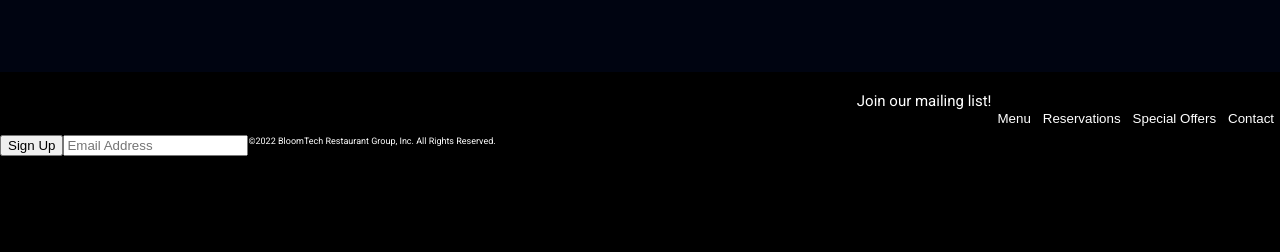
Repository: Kobramall/web-sprint-challenge-user-interface-responsive-design
Page: index.html
The author's editor kept a copy of each file at every save. The page is drawn from the files as they stood at one save, then again after the next save.
The browser window is 1280 px wide. The pictures show the part of the page from y = 2536 to 3332 px (the page is 2788 px tall before and 3332 px after).
A picture or video elsewhere on the page could not be fetched, so the positions and the page height are approximate. Some web libraries are served in a nearby version.

Above is the page before, as saved 2022-08-10 13:40:50.

### index.html
<!doctype html>

<html lang="en">

<head>
	<meta charset="utf-8">

	<title>Sprint Challenge - Home</title>
    <link rel="stylesheet" href="css/index.css">
	<link href="https://fonts.googleapis.com/css?family=Roboto|Rubik" rel="stylesheet">
	<script src="https://kit.fontawesome.com/5b12ffad4b.js" crossorigin="anonymous"></script>
</head>

<body>
	<script type="module" src="https://unpkg.com/ionicons@5.5.2/dist/ionicons/ionicons.esm.js"></script>
<script nomodule src="https://unpkg.com/ionicons@5.5.2/dist/ionicons/ionicons.js"></script>

	<div>
		<header>
			<div>
			  <h1 class="index.html">BLOOMTECH BAR AND GRILL</h1>
			  <nav>
				<a href="menu.html"><button>Menu</button></a>
				<a href="#about"><button>Reservations</button></a>
				<a href="#gallery"><button>Special Offers</button></a>
				<a href="#contact"><button>Contact</button></a>
			   </nav>
			   <nav class="socialMediaButtons">
				<a href="https://fontawesome.com/search?q=facebook&s=solid%2Cbrands"><button><ion-icon name="logo-facebook"></ion-icon></button></a>
				<a href="https://fontawesome.com/search?q=twitter&s=solid%2Cbrands"><button><ion-icon name="logo-twitter"></ion-icon></button></a>
				<a href="https://fontawesome.com/search?q=instagram&s=solid%2Cbrands"><button><ion-icon name="logo-instagram"></ion-icon></button></a>
			  </nav>
			</div>
		</header>

		<!-- gallery section -->
		<section class="gallery">
			<div>
				<h2>OUR FOOD</h2>
                <div class="row">
				  <img src="img/food-avocadotoast.jpg" alt="avocadotoast">

				   <img src="img/food-burger.jpg" alt="burger">

				   <img src="img/food-poutine.jpg" alt="Poutine">
				</div>
				<div class="row">
				   <img src="img/food-ribs.jpg" alt="Ribs">

				   <img src="img/food-sandwich.jpg" alt="sandwich">

				   <img src="img/food-sausage.jpg" alt="sausage">
				</div>
				<div class="row">
				   <img src="img/food-steak.jpg" alt="steak">

				   <img src="img/food-tacos.jpg" alt="tacos">

				   <img src="img/food-wings.jpg" alt="wings">
				</div>
			</div>
		</section>

		<!-- spacer -->
		<div class="spacer"></div>

		<!-- about section -->
		<section class="about">
			<div class="about-container">
				<h2>ABOUT US</h2>

				<div id="cooks" class="pic">
				</div>

				<div class="text">
					<h3>Good Food, Great People</h3>
					<p>Quis duis aute, shank ut pork eiusmod in ball tip jerky non. Short ribs tail dolore, fatback in
						tempor meatloaf pig sunt porchetta beef. Ad hamburger pig veniam, andouille exercitation cillum
						eiusmod doner irure tail burgdoggen rump chislic officia. Pancetta frankfurter sed, est t-bone
						porchetta capicola id tri-tip cillum cow leberkas do minim. Sausage ea velit boudin laboris
						dolore
						short loin corned beef commodo jowl beef dolor tempor. Dolor culpa enim in meatloaf, ham mollit
						shankle duis chicken dolore andouille do tenderloin qui.
					</p>
				</div>

				<div id="bartender" class="pic">
				</div>
			</div>
		</section>

		<!-- spacer -->
		<div class="spacer"></div>

		<!-- contact section -->
		<section class="contact">
			<div class="contact-container">
				<h2>CONTACT US</h2>

				<div class="info">
					<div class="address">
						<h3>Address</h3>
							<p>100 Main St</p>
							<p>San Francisco, CA</p>
					</div>

					<div class="hours">
						<h3>Hours</h3>
						<div>
							<p>Sunday to Thursday:</p>
							<p>12:00p - 12:00a</p>
							<p>Friday and Saturday:</p>
							<p>12:00p - 4:00a</p>
						</div>
					</div>

					<div class="contacts">
						<h3>Contacts</h3>

						<div>
							<a id="phone" href="tel:999-999-9999">999-999-9999</a>
							<a id="email" href="mailto:restaurant@bloomtech.com">restaurant@bloomtech.com</a>
						</div>
					</div>
				</div>
			</div>
		</section>

		<!-- spacer -->
		<div class="spacer-sm"></div>

		<!-- footer -->
		<footer>
			<div class="footerNav">
				<nav>
					<h3>Join our mailing list!</h3>
			     <a href="menu.html"><button>Menu</button></a>
			     <a href="#about"><button>Reservations</button></a>
			     <a href="#gallery"><button>Special Offers</button></a>
			     <a href="#contact"><button>Contact</button></a>
		       </nav>

			</div>
				<div class="box">
					<h4>©2022 BloomTech Restaurant Group, Inc. All Rights Reserved.</h4>
					<form action = "#">
						<div class = "form-box">
							<input type="text" name="EmailAddress" placeholder="Email Address">
							<button type = "submit">Sign Up</button>
						</div>
					</form>
				</div>
		</footer>
	</div>
</body>

</html>

### css/index.css
/* http://meyerweb.com/eric/tools/css/reset/
   v2.0 | 20110126
   License: none (public domain)
*/

html, body, div, span, applet, object, iframe,
h1, h2, h3, h4, h5, h6, p, blockquote, pre,
a, abbr, acronym, address, big, cite, code,
del, dfn, em, img, ins, kbd, q, s, samp,
small, strike, strong, sub, sup, tt, var,
b, u, i, center,
dl, dt, dd, ol, ul, li,
fieldset, form, label, legend,
table, caption, tbody, tfoot, thead, tr, th, td,
article, aside, canvas, details, embed,
figure, figcaption, footer, header, hgroup,
menu, nav, output, ruby, section, summary,
time, mark, audio, video {
	margin: 0;
	padding: 0;
	border: 0;
	font-size: 100%;
	font: inherit;
	vertical-align: baseline;
}
/* HTML5 display-role reset for older browsers */
article, aside, details, figcaption, figure,
footer, header, hgroup, menu, nav, section {
	display: block;
}
body {
	line-height: 1;
}
ol, ul {
	list-style: none;
}
blockquote, q {
	quotes: none;
}
blockquote:before, blockquote:after,
q:before, q:after {
	content: '';
	content: none;
}
table {
	border-collapse: collapse;
	border-spacing: 0;
}

* {
    box-sizing: border-box;
}

html {
    max-width: 1920px;
    min-width: 428px;
    width: 100%;
    font-size: 62.5%;
}

body {
    font-family: 'Roboto', sans-serif;
    line-height: 1.5;
}

h1, h2, h3, h4, h5, h6, p, a, i {
    text-decoration: none;
}

h1 {
    font-size: 7.5rem;
}

h2 {
    font-size: 6rem;
}

h3 {
    font-size: 5rem;
}

p, a {
    font-size: 3rem;
}

/* header section */

body{
    font-size:62%;
    color: white;
}


header {
    width: 100%;
    height: 100vh;
    background-image: url('../img/home-header.jpg');
    background-size: cover;
    background-position: center;
    background-repeat: no-repeat;
    color:white;
    display:flex;
    justify-content:center;
}

header div{
    background-color: rgba(0,0,0,0.6);
    height:150px;
    width:100%;
}

header h1{
    font-size: 3.5rem;
    display:flex;
    justify-content:center;
}

header nav{
    display: flex;
    justify-content:space-evenly;
    width:100%;
}

nav button{
 color:white;
 list-style: none;
 text-decoration:none;
 background-color: rgba(0,0,0,0);
 border:0px;

}
.socialMediaButtons{
    display:flex;
    align-content:center;
    justify-content:center;
}

/* spacers */
.spacer {
    width: 100%;
    height: 20vh;
    background-color: rgb(0, 4, 17);
}
.spacer-sm {
    width: 100%;
    height: 10vh;
    background-color: rgb(0, 4, 17);
}

/* gallery section */
.gallery {
    width: 100%;
    height: 100vh;
    text-align: center;
    background-color: rgb(0, 4, 17);
}

.gallery h2{
    font-size:300%;
    margin-bottom:1%;
}

.row{
    display:flex;
    justify-content:space-evenly;
}

.row img{
    width:20%;
    margin-bottom:2%;
}

/* about us section */
.about {
    width: 100%;
    height: 75vh;
    text-align: center;
    background-image: url("../img/staff-cooks.jpg");
    background-size: cover;
    background-position: top;
    background-repeat: no-repeat;
}

.about-container {
    height: 100%;
    display: flex;
    flex-wrap: wrap;
    justify-content: center;
    align-items: center;
    background-color: rgb(0, 4, 17, .8);
}

.about h2 {
    width: 100%;
    font-size:450%;
    margin:3% 0;
}

.about-container .text {
    width: 50%;
}

.about-container .text h3{
    font-size:400%;
}

.about-container .text p{
    font-size:200%;
}



/* contact us section */
.contact {
    text-align: center;
    background-image: url("../img/jumbo-restaurant.jpg");
    background-size: cover;
    background-position: center;
    background-repeat: no-repeat;
    background-color: rgb(0, 4, 17);
}

.contact-container {
    width: 100%;
    height: 100%;
    background-color: rgb(0, 4, 17, .8);
    }

.contact h2 {
    padding-top: 5vh;
    font-size:450%;
}

.contact h3 {
    padding-top: 2.5vh;
}

.contact p {
    padding: .5vh 0;
}

.info {
    width: 100%;
    display: flex;
    justify-content: space-around;
}

.address {
    width: 25%;

}

.address h3{
    font-size:350%;
}

.address p{
    font-size:250%;
}

.hours {
    width: 25%;
    padding-bottom: 2.5vh;
}

.hours h3{
    font-size:350%;
}

.hours div p{
 font-size:250%;
}

.contacts {
    width: 25%;
}

.contacts h3{
    font-size:350%;
}

.contacts div a{
    font-size:250%;
}

/* footer section */
footer {
    width: 100%;
    height: 25vh;
    padding-top: 2.5vh;
    font-size: 3rem;
    background-color:black;
}

footer div{
    display:flex;
    flex-flow:row-reverse wrap;
    justify-content:space-evenly;
}

.footerNav{
    display:flex;
    flex-direction:column;
}

footer h3{
    font-size:50%;
}

footer nav{
    display:flex;
    flex-direction:row;
    justify-content: right;
}

.box{
    display:flex;
    justify-content:left;
    margin-bottom:50%;
}

.box h4{
    font-size:30%;
    display:flex;
    justify-content:right;

}

footer button{
    margin:4%, 4%;
}

/* mobile media query */
@media (max-width: 428px) {
    /* header section */


    /* gallery section */
    .gallery {
        height: auto;
    }

    /* about us section */

    .about {
        height: 200vh;
    }

    .about h2 {
        width: 100%;
        padding-top: 5vh;
    }

    .about-container .text {
        width: 85%;
    }

    /* contact us section */
    .contact h3 {
        padding-top: 2.5vh;
    }

    .info {
        flex-wrap: wrap;
    }

    .address {
        width: 100%;
        padding-bottom: 2.5vh;
    }

    .hours {
        width: 100%;
    }

    .contacts {
        width: 100%;
        padding-bottom: 2.5vh;
    }

    /* footer section */
    footer {
        height: auto;
        padding-top: 2.5vh;
        font-size: 2rem;
    }
}

After the next save:
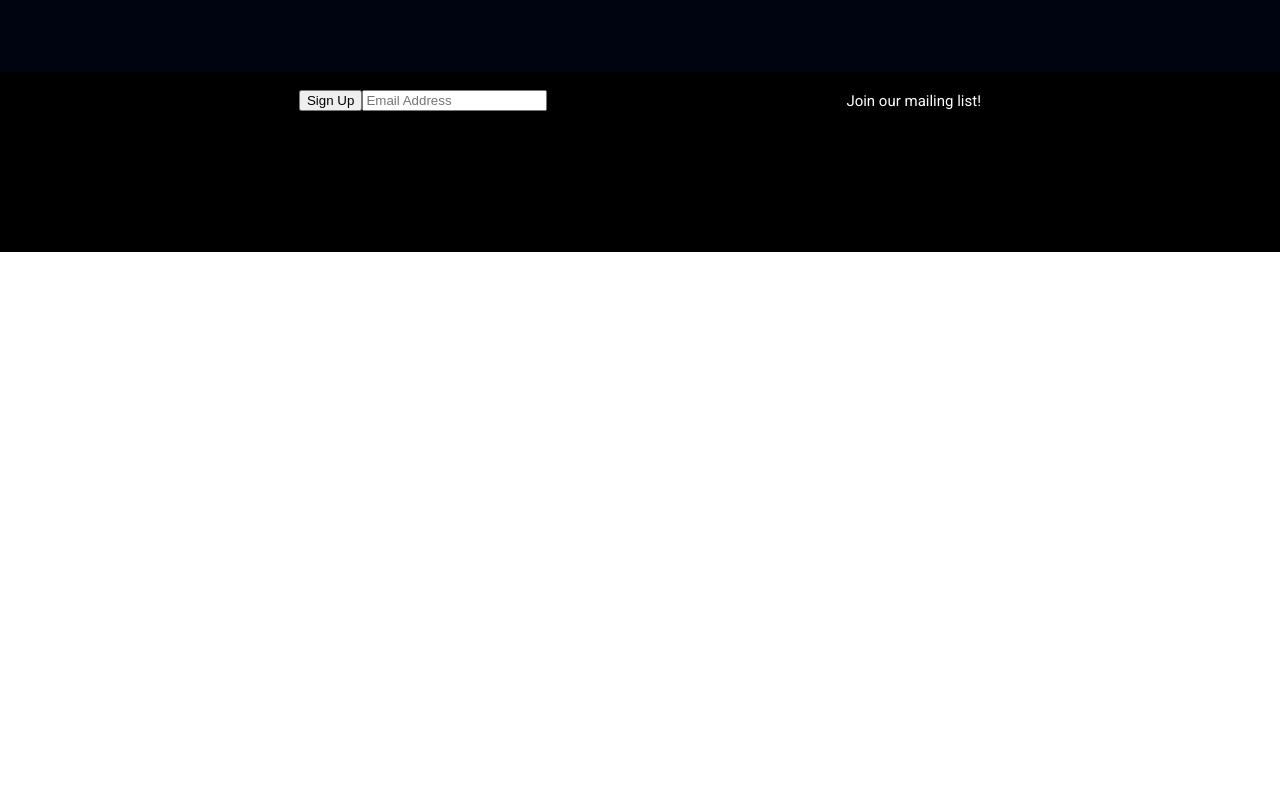
Saved 2 min 18 s later.
--- a/index.html
+++ b/index.html
@@ -131,27 +131,27 @@
 
 		<!-- footer -->
 		<footer>
-			<div class="footerNav">
-				<nav>
-					<h3>Join our mailing list!</h3>
+			<div>
+				<h3>Join our mailing list!</h3>
+					<div class="box">
+						<form action = "#">
+							<div class = "form-box">
+								<input type="text" name="EmailAddress" placeholder="Email Address">
+								<button type = "submit">Sign Up</button>
+							</div>
+						</form>
+					</div>
+			</div>
+
+
+			<nav>
 			     <a href="menu.html"><button>Menu</button></a>
 			     <a href="#about"><button>Reservations</button></a>
 			     <a href="#gallery"><button>Special Offers</button></a>
 			     <a href="#contact"><button>Contact</button></a>
 		       </nav>
-
-			</div>
-				<div class="box">
-					<h4>©2022 BloomTech Restaurant Group, Inc. All Rights Reserved.</h4>
-					<form action = "#">
-						<div class = "form-box">
-							<input type="text" name="EmailAddress" placeholder="Email Address">
-							<button type = "submit">Sign Up</button>
-						</div>
-					</form>
-				</div>
 		</footer>
 	</div>
 </body>
 
-</html>
+</html><h4>©2022 BloomTech Restaurant Group, Inc. All Rights Reserved.</h4>
